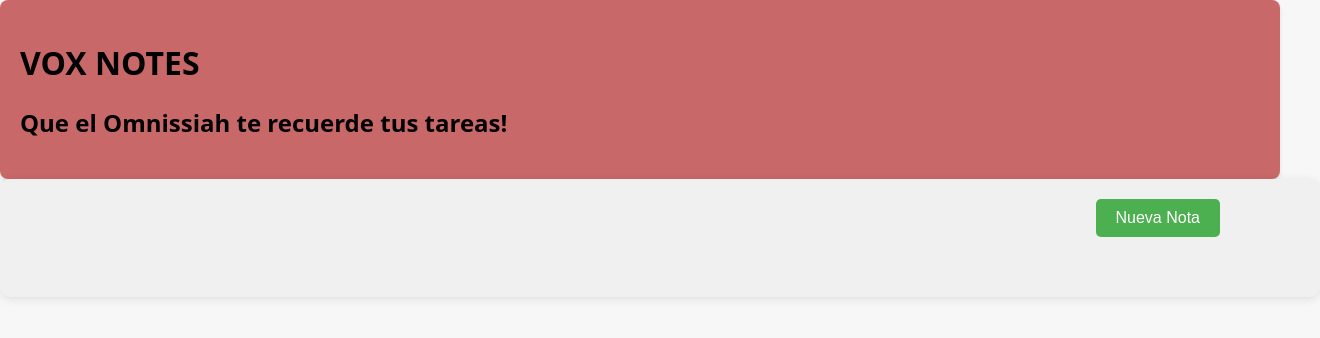
Repository: xunxuno/aplicacion_web_notas
Page: / (app in notas_web_app/)
These files come from the project's save history. The page is drawn as it stood at one moment and after the next save; the edit follows.
The browser window is 1280 px wide. The page is 1320 px wide, so the pictures cover 1320 px, including what lies to the right of the window. The pictures show the whole page.
The project was rebuilt for these pictures with package versions that can differ from the ones it lists, and the page was loaded fresh each time. Also part of the build but not shown: notas_web_app/vite.config.ts, notas_web_app/src/components/Note.tsx, notas_web_app/src/components/NoteCollection.tsx, notas_web_app/src/components/NoteModal.tsx.

Above is the page before, as saved 2024-10-03 12:33:13.

After the next save:
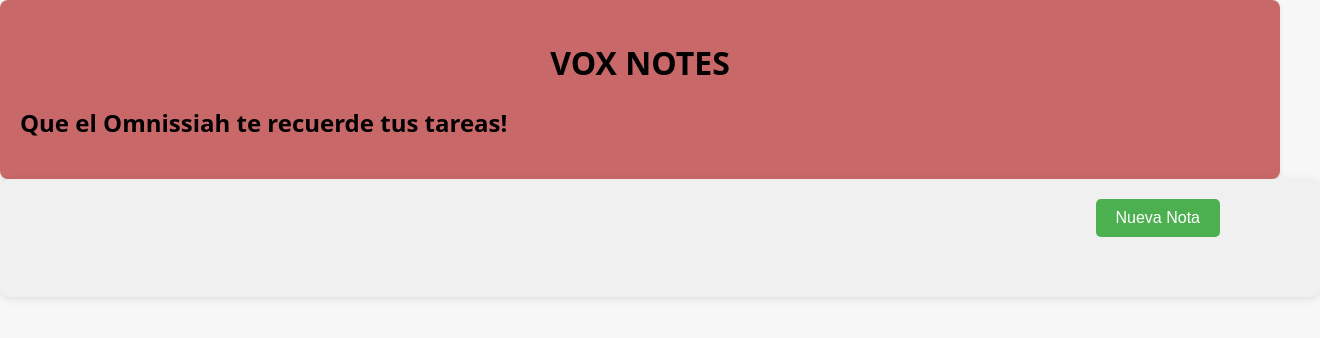
Saved 75 s later.
--- a/notas_web_app/src/components/AppBar.tsx
+++ b/notas_web_app/src/components/AppBar.tsx
@@ -12,7 +12,7 @@ const AppBar: React.FC = () => {
 
   return (
     <div style={appBarStyle}>
-      <h1>VOX NOTES</h1>
+      <h1 style={{ textAlign: 'center' }}>VOX NOTES</h1>
       <h2>Que el Omnissiah te recuerde tus tareas!</h2>
     </div>
   );
